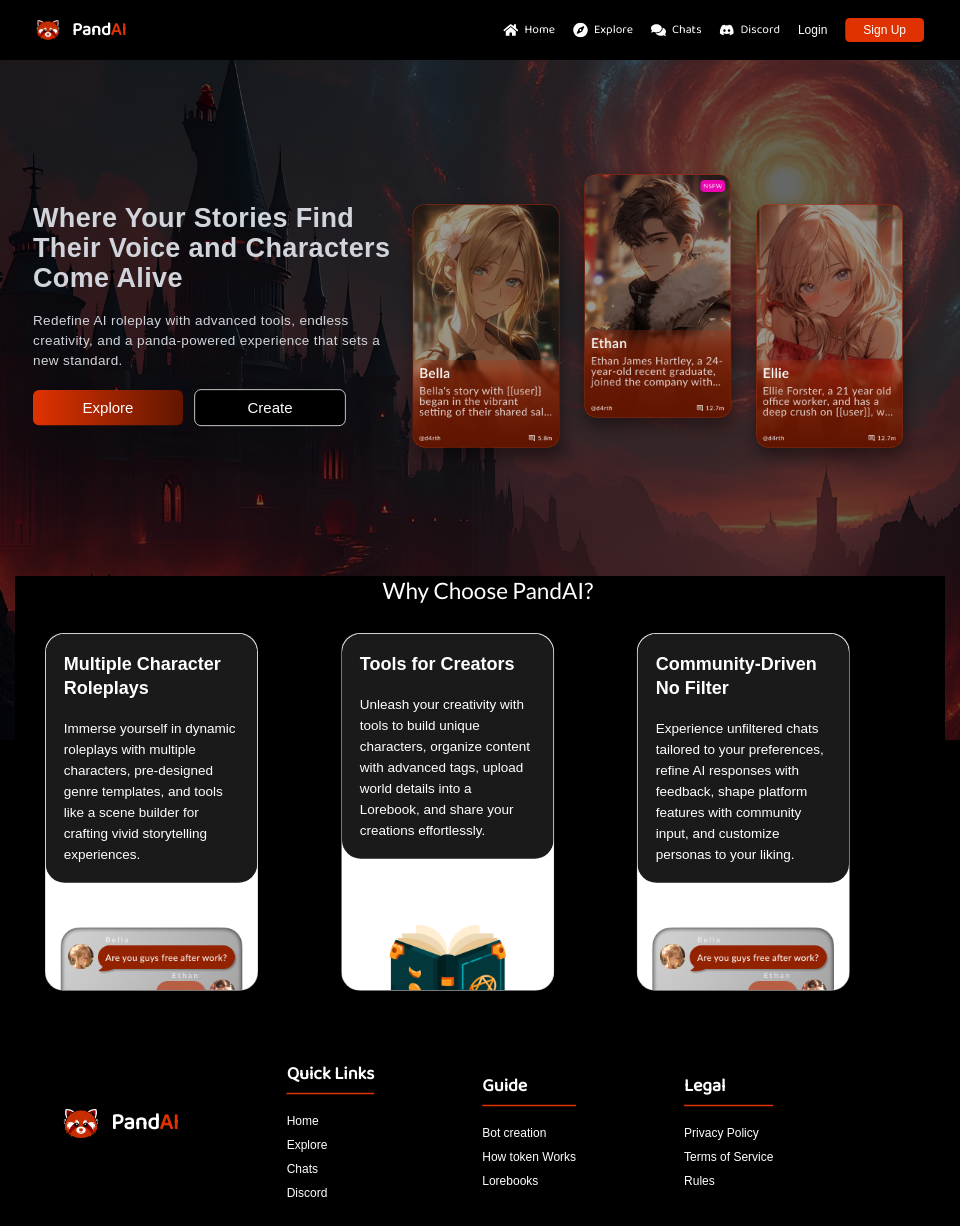
Repository: PandamoniumAI/Pandamonium
Page: /preview
An editor plug-in stored every save of this project. The page is shown before and after a run of saves, followed by the edit.
The browser window is 1280 px wide. The pictures show the whole page, at 75% of full size.
Some web libraries are served in a nearby version. The project was rebuilt for these pictures with package versions that can differ from the ones it lists, and the page was loaded fresh each time. Also part of the build but not shown: vite.config.js, src/Utils/Utils.js, src/Components/SearchBar/SearchBar.jsx, src/Components/CSS/CharacterCard.css, src/Components/CharacterCard/CharacterCard.jsx, src/Components/CSS/CharacterCardModal.css, src/Components/CharacterCardModal/CharacterCardModal.jsx, src/Components/CSS/Tags.css and 15 more.

Above is the page before, as saved 2025-01-01 21:46:48.

### index.html
<!doctype html>
<html lang="en">
  <head>
    <meta charset="UTF-8" />
    <link rel="icon" type="image/svg+xml" href="/src/assets/animal.png"/>
    <meta name="viewport" content="width=device-width, initial-scale=1.0" />
    <title>Pandamonium</title>
    <link
      href="https://cdn.jsdelivr.net/npm/bootstrap@5.3.0-alpha1/dist/css/bootstrap.min.css"
      rel="stylesheet"
    />
    <link
      href="https://cdn.jsdelivr.net/npm/bootstrap-icons/font/bootstrap-icons.css"
      rel="stylesheet"
    />
    <link
      href="https://cdnjs.cloudflare.com/ajax/libs/animate.css/4.1.1/animate.min.css"
      rel="stylesheet"
    />
  </head>

  <body>
    <div id="root"></div>
    <script src="https://kit.fontawesome.com/68b5244ee4.js" crossorigin="anonymous"></script>
    <script src="https://cdn.jsdelivr.net/npm/react/umd/react.production.min.js"></script>
    <script src="https://cdn.jsdelivr.net/npm/react-dom/umd/react-dom.production.min.js"></script>
    <script type="module" src="/src/main.jsx"></script>
    <script src="https://cdn.jsdelivr.net/npm/bootstrap@5.3.0-alpha1/dist/js/bootstrap.bundle.min.js"></script>
  </body>
</html>

### src/App.jsx
import HomePage from "./Components/HomePage/HomePage.jsx";
import Chat from "./Components/Chat/Chat.jsx";
import Create from "./Components/Create/Create.jsx";
import Error from "./Components/Error/Error.jsx";
import { BrowserRouter as Router, Routes, Route } from "react-router-dom";
import Preview from "../src/Preview/Preview.jsx";
function App() {
  return (
    <Router>
      <Routes>
        <Route path="/" element={<HomePage />} />
        <Route path="/chat/:characterId" element={<Chat />} />
        <Route path="/create" element={<Create />} />
        <Route path="*" element={<Error />} />
        <Route path="/preview" element={<Preview />} />
      </Routes>
    </Router>
  );
}

export default App;

### src/Preview/Preview.jsx
import React from "react";
import Animal from "../assets/animal.png";
import "./Preview.css";
import "tailwindcss/tailwind.css";
import {FaHome, FaCompass, FaComments, FaDiscord} from "react-icons/fa";
import image from "../assets/image.png";
import Chatcard from "../assets/Chat Card.png";
import Book from "../assets/Magical Book World Illustration 1.png";
import Roleplay from "../assets/Chat Card (1).png";

export default function Preview() {
  const handleCardHover = (event, element) => {
    const rect = element.getBoundingClientRect();
    const x = (event.clientX - rect.left) / rect.width - 0.5; // Normalize between -0.5 to 0.5
    const y = (event.clientY - rect.top) / rect.height - 0.5;

    element.style.transform = `rotateX(${y * 10}deg) rotateY(${x * 10}deg) scale(1.05)`;
  };

  return (
    <div className="main">
      <div className="fixed top-0 left-0 w-full bg-black bg-opacity-40 p-4 z-50">
        <div className="flex justify-between items-center w-full max-w-screen-xl mx-auto px-4">
          <div
            className="flex items-center space-x-4 cursor-pointer"
            onClick={() => window.scrollTo({top: 0, behavior: "smooth"})}
          >
            <img className="w-8 h-8" src={Animal} alt="Logo" />
            <h1 className="text-2xl font-bold font-baloo text-white">
              Pand<span className="text-[#E03201]">AI</span>
            </h1>
          </div>

          <div className="flex items-center space-x-6">
            <button className="flex items-center text-white font-baloo hover:text-[#E03201] transition">
              <FaHome className="mr-2 text-xl" />
              Home
            </button>
            <button className="flex items-center text-white font-baloo hover:text-[#E03201] transition">
              <FaCompass className="mr-2 text-xl" />
              Explore
            </button>
            <button className="flex items-center text-white font-baloo hover:text-[#E03201] transition">
              <FaComments className="mr-2 text-xl" />
              Chats
            </button>
            <button className="flex items-center text-white font-baloo hover:text-[#E03201] transition">
              <FaDiscord className="mr-2 text-xl" />
              Discord
            </button>
            <button className="text-white hover:text-[#E03201] transition">
              Login
            </button>
            <button className="bg-[#E03201] text-white px-4 py-1 rounded-md hover:bg-[#b02501] transition">
              Sign Up
            </button>
          </div>
        </div>
      </div>

      <div className="preview-container relative p-6">
        <div className="Preview-text mt-[50px] absolute top-[200px]">
          <p className="text-4xl text-gray-300 font-bold mb-6 tracking-[0.5px] w-[500px]">
            Where Your Stories Find Their Voice and Characters Come Alive
          </p>
          <p className="text-[18px] text-gray-300 leading-[27px] tracking-[0.5px] w-[500px] mb-8">
            Redefine AI roleplay with advanced tools, endless creativity, and a
            panda-powered experience that sets a new standard.
          </p>
        </div>

        <div className="Buttons absolute top-[500px] flex space-x-4 mb-8">
          <button className="text-white text-xl h-[47px] w-[200px] rounded-lg shadow-2xl bg-gradient-to-r from-[#E03201] to-[#611600] transform hover:scale-105 transition-all duration-300 ease-in-out hover:shadow-orange-500/50 hover:shadow-lg">
            <span className="relative z-10">Explore</span>
          </button>
          <button
            className="create bg-black text-white text-xl h-[47px] w-[200px] rounded-lg shadow-2xl outline outline-1 hover:outline-none transition-all duration-300 ease-in-out transform hover:scale-105 hover:shadow-[#B22801]/50 hover:shadow-lg relative overflow-hidden group"
            style={{
              outlineImage:
                "linear-gradient(to right, #FFCBBB, #D07A5A, #A8382D, #611600)",
              outlineImageSlice: 1,
            }}
          >
            <span className="relative z-10">Create</span>
            <span className="absolute inset-0 bg-yellow-500 transform scale-x-0 group-hover:scale-x-100 transition-transform duration-300 origin-left"></span>
          </button>
        </div>

        <div className="absolute right-[30px] top-[200px]">
          <img src={image} alt="" />
        </div>
      </div>

      <div className="info px-10 relative bg-black" style={{top: "700px"}}>
        <div className="infotext mb-8 text-white">
          <h1 className="text-3xl font-lato text-white ml-[450px]">
            Why Choose PandAI?
          </h1>

          <div className="cards grid grid-cols-1 md:grid-cols-3 gap-6 mt-10">
            {[
              "Multiple Character Roleplays",
              "Tools for Creators",
              "Community-Driven No Filter",
            ].map((title, index) => (
              <div
                key={index}
                className="card relative flex flex-col justify-between w-[284px] h-[477px] rounded-[25px] overflow-hidden"
                onMouseMove={(e) => handleCardHover(e, e.currentTarget)}
              >
                <div
                  className="absolute inset-0 -z-10 rounded-[25px]"
                  style={{
                    background:
                      "linear-gradient(135deg, #BF18C2, #6B1C8F, #1D0375)",
                    position: "absolute",
                    top: 0,
                    left: 0,
                    right: 0,
                    bottom: 0,
                    borderRadius: "25px",
                    padding: "2px",
                  }}
                />
                <div className="content p-6 bg-[#1A1A1A] flex flex-col justify-between h-full rounded-[25px]">
                  <h2 className="text-2xl font-semibold mb-4 text-white">
                    {title}
                  </h2>
                  <p className="text-lg text-white">
                    {index === 0
                      ? "Immerse yourself in dynamic roleplays with multiple characters, pre-designed genre templates, and tools like a scene builder for crafting vivid storytelling experiences."
                      : index === 1
                        ? "Unleash your creativity with tools to build unique characters, organize content with advanced tags, upload world details into a Lorebook, and share your creations effortlessly."
                        : "Experience unfiltered chats tailored to your preferences, refine AI responses with feedback, shape platform features with community input, and customize personas to your liking."}
                  </p>
                </div>
                <div className="image-container mt-4">
                  {index === 0 ? (
                    <img
                      src={Chatcard}
                      alt="Roleplay"
                      className="w-full rounded-[25px]"
                    />
                  ) : index === 1 ? (
                    <img
                      src={Book}
                      alt="Creator Tools"
                      className="w-full rounded-[25px]"
                    />
                  ) : (
                    <img
                      src={Roleplay}
                      alt="Community"
                      className="w-full rounded-[25px]"
                    />
                  )}
                </div>
              </div>
            ))}
          </div>

          <div className="Footer bg-black py-8 px-6 mt-10 flex items-center justify-start space-x-36">
            <div className="flex items-center">
              <img
                className="w-12 h-12 mr-4 transform transition duration-300 hover:scale-110"
                src={Animal}
                alt="Logo"
              />
              <h1 className="text-3xl font-bold font-baloo text-white">
                Pand<span className="text-[#E03201]">AI</span>
              </h1>
            </div>

            <div className="Quicklinks mr-36 mt-6">
              <h1 className="text-2xl font-bold font-baloo text-white border-b-2 border-[#E03201] pb-2">
                Quick Links
              </h1>
              <ul className="list-none pl-0 mt-4 space-y-2">
                <li className="text-white hover:text-[#E03201] transition duration-300 transform hover:translate-x-2">
                  <a href="#">Home</a>
                </li>
                <li className="text-white hover:text-[#E03201] transition duration-300 transform hover:translate-x-2">
                  <a href="#">Explore</a>
                </li>
                <li className="text-white hover:text-[#E03201] transition duration-300 transform hover:translate-x-2">
                  <a href="#">Chats</a>
                </li>
                <li className="text-white hover:text-[#E03201] transition duration-300 transform hover:translate-x-2">
                  <a href="#">Discord</a>
                </li>
              </ul>
            </div>

            <div className="guide mr-36 mt-6">
              <h1 className="text-2xl font-bold font-baloo text-white border-b-2 border-[#E03201] pb-2">
                Guide
              </h1>
              <ul className="list-none pl-0 mt-4 space-y-2">
                <li className="text-white hover:text-[#E03201] transition duration-300 transform hover:translate-x-2">
                  <a href="#">Bot creation</a>
                </li>
                <li className="text-white hover:text-[#E03201] transition duration-300 transform hover:translate-x-2">
                  <a href="#">How token Works</a>
                </li>
                <li className="text-white hover:text-[#E03201] transition duration-300 transform hover:translate-x-2">
                  <a href="#">Lorebooks</a>
                </li>
              </ul>
            </div>

            <div className="legal mr-36 mt-6">
              <h1 className="text-2xl font-bold font-baloo text-white border-b-2 border-[#E03201] pb-2">
                Legal
              </h1>
              <ul className="list-none pl-0 mt-4 space-y-2">
                <li className="text-white hover:text-[#E03201] transition duration-300 transform hover:translate-x-2">
                  <a href="#">Privacy Policy</a>
                </li>
                <li className="text-white hover:text-[#E03201] transition duration-300 transform hover:translate-x-2">
                  <a href="#">Terms of Service</a>
                </li>
                <li className="text-white hover:text-[#E03201] transition duration-300 transform hover:translate-x-2">
                  <a href="#">Rules</a>
                </li>
              </ul>
            </div>
          </div>
        </div>
      </div>
    </div>
  );
}

### src/Preview/Preview.css
@tailwind base;
@tailwind components;
@tailwind utilities;

@font-face {
    font-family: 'BalooDa2';
    src: url('../assets/Fonts/BalooDa2-Regular.ttf') format('truetype');
    font-weight: 400;
    font-style: normal;
}

@font-face {
    font-family: 'Lato';
    src: url('./assets/fonts/Lato-Regular.ttf') format('truetype');
    font-weight: normal;
    font-style: normal;
  }

body {
    position: relative;
    background-color: #000;
    min-height: 100vh;
    margin: 0;
    display: flex;
    flex-direction: column;
}

body::before {
    content: '';
    position: absolute;
    top: 0;
    left: 0;
    right: 0;
    bottom: 0;
    background-image: url('../../src/assets/Castle.jpg');
    background-size: cover;
    background-position: center;
    opacity: 0.4;
    z-index: -1;
}

### src/Components/Chat/Sidebar/styles.css
.floating-btn {
  position: absolute;
  top: 50%;
  left: 20px;
  cursor: pointer;
  z-index: 999;
  width: 64px;
  height: 64px;
  background-color: transparent;
  border: none;
  border-radius: 50%;
  transition: left 0.6s ease, transform 0.3s ease;
  box-shadow: none; /* Removed shadow */
}

.floating-btn.open {
  left: calc(240px + 20px);
}

.floating-btn.closed {
  left: 20px;
}

.sidebar {
  position: fixed;
  top: 0;
  left: 0;
  height: 100vh;
  background-color: #333;
  transition: width 0.5s ease-in-out;
  overflow: hidden;
  border-radius: 0 20px 20px 0;
}

.sidebar.open {
  width: 240px;
}

.sidebar.closed {
  width: 0;
}

.panda-image {
  transition: transform 0.5s ease, transform-origin 0.5s ease;
}

.panda-image:hover {
  transform: rotate(360deg); /* Full 360° rotation on hover */
  transform-origin: center;
}

.floating-btn:hover img {
  transform: rotate(360deg); /* Rotate the image smoothly when hovering over it */
  transition: transform 0.6s ease-in-out;
}

/* Reverse rotation when mouse leaves */
.floating-btn img {
  transition: transform 0.6s ease-out;
}

.floating-btn img:hover {
  animation: pandaRotate 0.6s forwards;
}

@keyframes pandaRotate {
  0% {
      transform: rotate(0deg);
  }
  100% {
      transform: rotate(360deg);
  }
}

.floating-btn img:not(:hover) {
  animation: reversePandaRotate 0.6s forwards;
}

@keyframes reversePandaRotate {
  0% {
      transform: rotate(360deg);
  }
  100% {
      transform: rotate(0deg);
  }
}

#pandaBtn {
  transition: transform 0.6s ease-in-out;
}

@media (max-width: 768px) {
  .sidebar {
      display: none;
  }

  .floating-btn {
      left: 20px;
  }
}

Loaded but not shown: src/main.jsx (common file); tailwind.config.js (16 lines, source omitted); src/Components/CSS/HomePage.css (319 lines, source omitted); src/Components/CSS/Create.css (171 lines, source omitted); src/Components/Chat/ExtraCss.css (202 lines, source omitted)

After the next 2 saves:
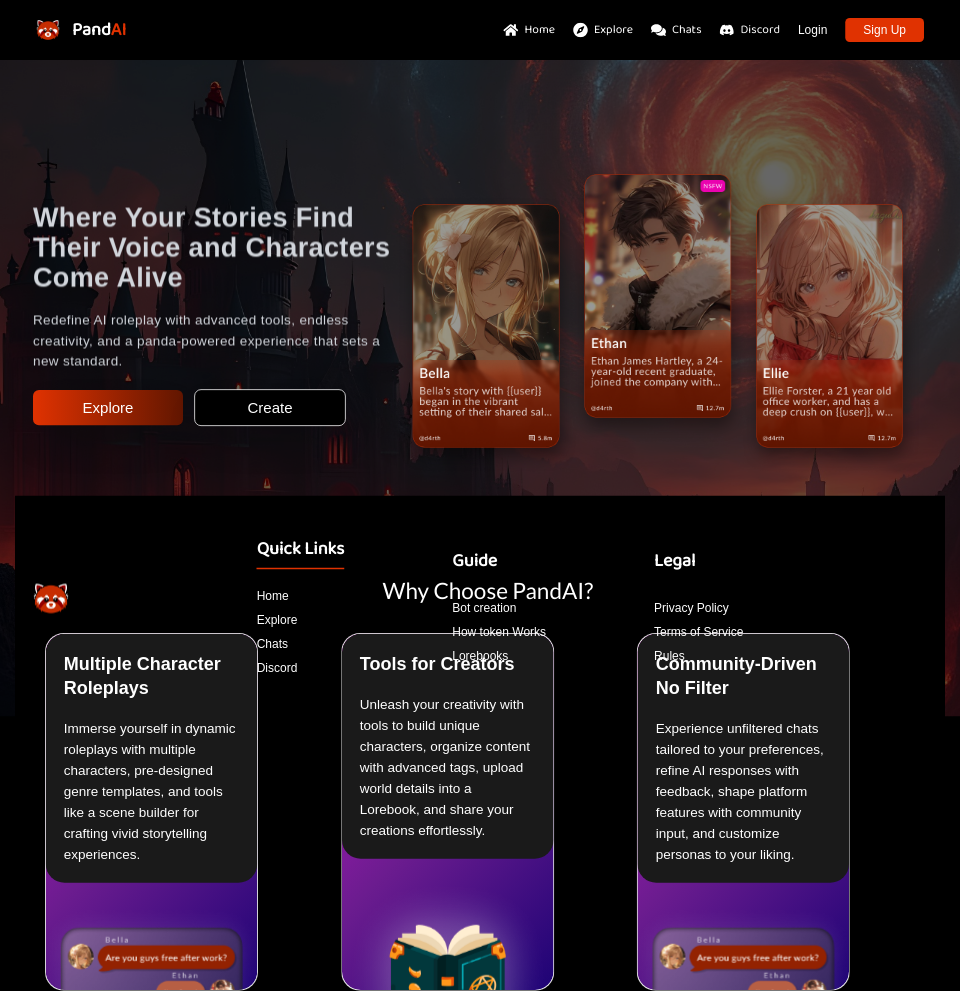
The 2 saves are shown as one change because 1 did not build or start.
The last was saved 90 s later.
--- a/src/Preview/Preview.jsx
+++ b/src/Preview/Preview.jsx
@@ -59,22 +59,22 @@
       </div>
 
       <div className="preview-container relative p-6">
-        <div className="Preview-text mt-[50px] absolute top-[200px]">
-          <p className="text-4xl text-gray-300 font-bold mb-6 tracking-[0.5px] w-[500px]">
+        <div className="Preview-text mt-[50px] absolute top-[200px] animate__animated animate__fadeIn">
+          <p className="text-4xl text-gray-300 font-bold mb-6 tracking-[0.5px] w-[500px] animate__animated animate__fadeIn animate__delay-1s">
             Where Your Stories Find Their Voice and Characters Come Alive
           </p>
-          <p className="text-[18px] text-gray-300 leading-[27px] tracking-[0.5px] w-[500px] mb-8">
+          <p className="text-[18px] text-gray-300 leading-[27px] tracking-[0.5px] w-[500px] mb-8 animate__animated animate__fadeIn animate__delay-1.5s">
             Redefine AI roleplay with advanced tools, endless creativity, and a
             panda-powered experience that sets a new standard.
           </p>
         </div>
 
-        <div className="Buttons absolute top-[500px] flex space-x-4 mb-8">
-          <button className="text-white text-xl h-[47px] w-[200px] rounded-lg shadow-2xl bg-gradient-to-r from-[#E03201] to-[#611600] transform hover:scale-105 transition-all duration-300 ease-in-out hover:shadow-orange-500/50 hover:shadow-lg">
+        <div className="Buttons absolute top-[500px] flex space-x-4 mb-8 animate__animated animate__fadeIn animate__delay-2s">
+          <button className="text-white text-xl h-[47px] w-[200px] rounded-lg shadow-2xl bg-gradient-to-r from-[#E03201] to-[#611600] transform hover:scale-105 transition-all duration-300 ease-in-out hover:shadow-orange-500/50 hover:shadow-lg animate__animated animate__fadeIn">
             <span className="relative z-10">Explore</span>
           </button>
           <button
-            className="create bg-black text-white text-xl h-[47px] w-[200px] rounded-lg shadow-2xl outline outline-1 hover:outline-none transition-all duration-300 ease-in-out transform hover:scale-105 hover:shadow-[#B22801]/50 hover:shadow-lg relative overflow-hidden group"
+            className="create bg-black text-white text-xl h-[47px] w-[200px] rounded-lg shadow-2xl outline outline-1 hover:outline-none transition-all duration-300 ease-in-out transform hover:scale-105 hover:shadow-[#B22801]/50 hover:shadow-lg relative overflow-hidden group animate__animated animate__fadeIn animate__delay-2.5s"
             style={{
               outlineImage:
                 "linear-gradient(to right, #FFCBBB, #D07A5A, #A8382D, #611600)",
@@ -86,18 +86,18 @@
           </button>
         </div>
 
-        <div className="absolute right-[30px] top-[200px]">
+        <div className="absolute right-[30px] top-[200px] animate__animated animate__fadeIn animate__delay-3s">
           <img src={image} alt="" />
         </div>
       </div>
 
-      <div className="info px-10 relative bg-black" style={{top: "700px"}}>
-        <div className="infotext mb-8 text-white">
+      <div className="info px-10 relative bg-black" style={{ top: "700px" }}>
+        <div className="infotext mb-8 text-white animate__animated animate__fadeIn animate__delay-3.5s">
           <h1 className="text-3xl font-lato text-white ml-[450px]">
             Why Choose PandAI?
           </h1>
 
-          <div className="cards grid grid-cols-1 md:grid-cols-3 gap-6 mt-10">
+          <div className="cards grid grid-cols-1 md:grid-cols-3 gap-6 mt-10 animate__animated animate__fadeIn animate__delay-4s">
             {[
               "Multiple Character Roleplays",
               "Tools for Creators",
@@ -105,7 +105,7 @@
             ].map((title, index) => (
               <div
                 key={index}
-                className="card relative flex flex-col justify-between w-[284px] h-[477px] rounded-[25px] overflow-hidden"
+                className="card relative flex flex-col justify-between w-[284px] h-[477px] rounded-[25px] overflow-hidden hover:scale-105 transform transition-all duration-300 ease-in-out"
                 onMouseMove={(e) => handleCardHover(e, e.currentTarget)}
               >
                 <div
@@ -130,8 +130,8 @@
                     {index === 0
                       ? "Immerse yourself in dynamic roleplays with multiple characters, pre-designed genre templates, and tools like a scene builder for crafting vivid storytelling experiences."
                       : index === 1
-                        ? "Unleash your creativity with tools to build unique characters, organize content with advanced tags, upload world details into a Lorebook, and share your creations effortlessly."
-                        : "Experience unfiltered chats tailored to your preferences, refine AI responses with feedback, shape platform features with community input, and customize personas to your liking."}
+                      ? "Unleash your creativity with tools to build unique characters, organize content with advanced tags, upload world details into a Lorebook, and share your creations effortlessly."
+                      : "Experience unfiltered chats tailored to your preferences, refine AI responses with feedback, shape platform features with community input, and customize personas to your liking."}
                   </p>
                 </div>
                 <div className="image-container mt-4">
@@ -139,25 +139,27 @@
                     <img
                       src={Chatcard}
                       alt="Roleplay"
-                      className="w-full rounded-[25px]"
+                      className="w-full rounded-[25px] animate__animated animate__zoomIn"
                     />
                   ) : index === 1 ? (
                     <img
                       src={Book}
                       alt="Creator Tools"
-                      className="w-full rounded-[25px]"
+                      className="w-full rounded-[25px] animate__animated animate__zoomIn"
                     />
                   ) : (
                     <img
                       src={Roleplay}
                       alt="Community"
-                      className="w-full rounded-[25px]"
+                      className="w-full rounded-[25px] animate__animated animate__zoomIn"
                     />
                   )}
                 </div>
               </div>
             ))}
           </div>
+        </div>
+      </div>
 
           <div className="Footer bg-black py-8 px-6 mt-10 flex items-center justify-start space-x-36">
             <div className="flex items-center">
@@ -226,7 +228,5 @@
             </div>
           </div>
         </div>
-      </div>
-    </div>
   );
 }
